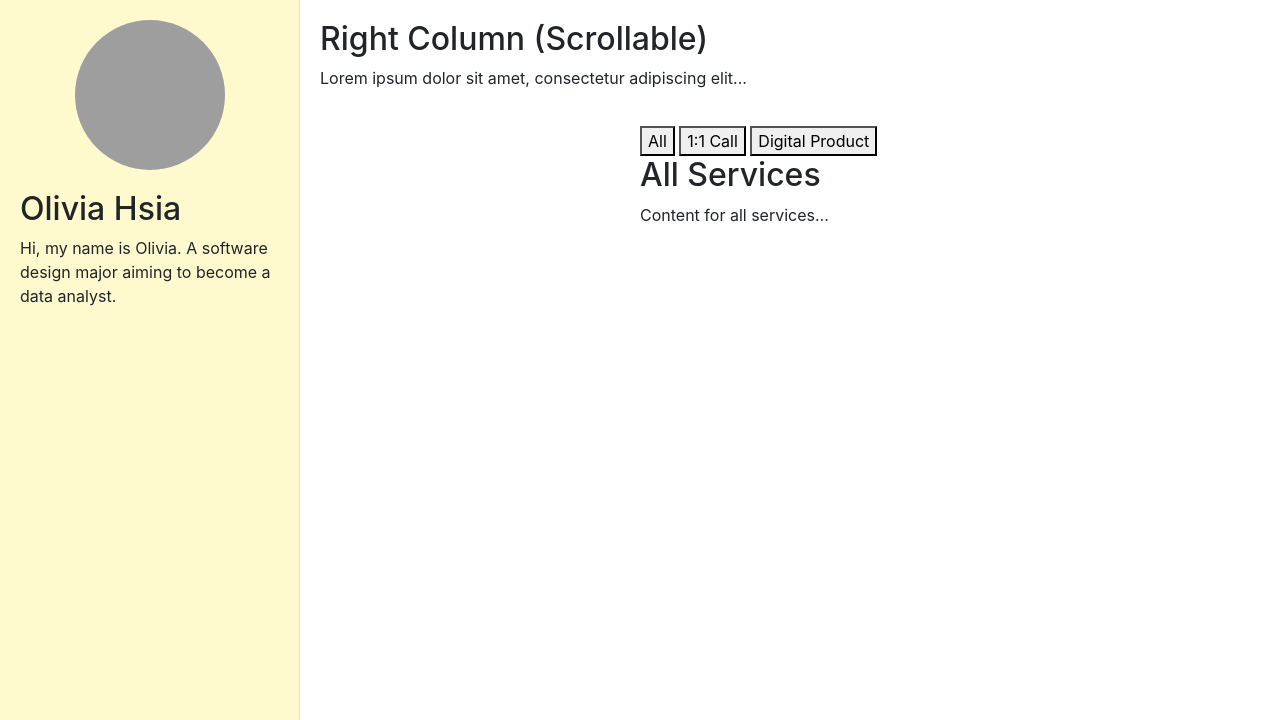
Repository: oliviahsia/FinalProject
Page: src/main/webapp/WEB-INF/main.html
The author's editor kept a copy of each file at every save. The page is drawn from the files as they stood at one save, then again after a run of saves.
The browser window is 1280 px wide. The pictures show the whole page.
Pictures or frames that could not be fetched are drawn as grey boxes. An inner scrolling area shows only its first screen. Some web libraries are served in a nearby version.

Above is the page before, as saved 2024-03-08 13:13:15.

After the next 2 saves:
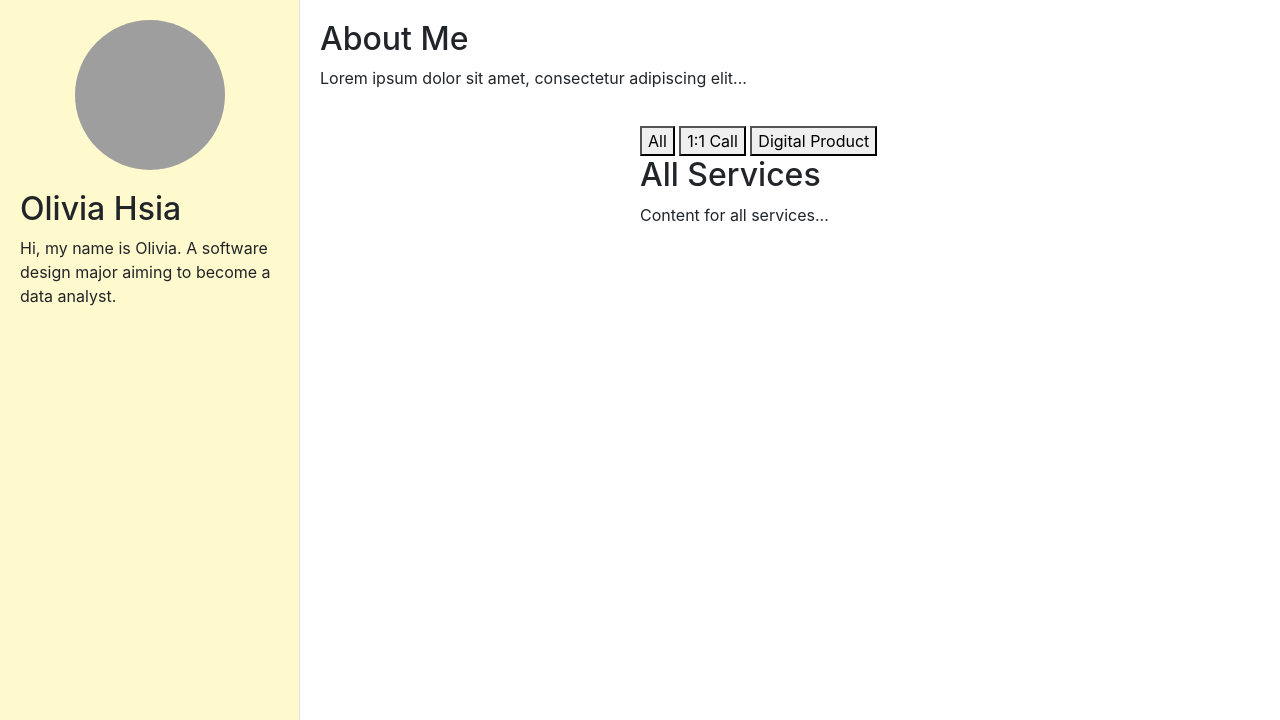
The 2 saves are shown as one change because they came seconds apart.
The last was saved 25 s later.
--- a/src/main/webapp/WEB-INF/main.html
+++ b/src/main/webapp/WEB-INF/main.html
@@ -23,7 +23,7 @@
 
   <div class="scrollable-right">
     <!-- Content in right column -->
-    <h2>Right Column (Scrollable)</h2>
+    <h2>About Me</h2>
     <p>Lorem ipsum dolor sit amet, consectetur adipiscing elit...</p>
 
     <div class="scrollable-right">
